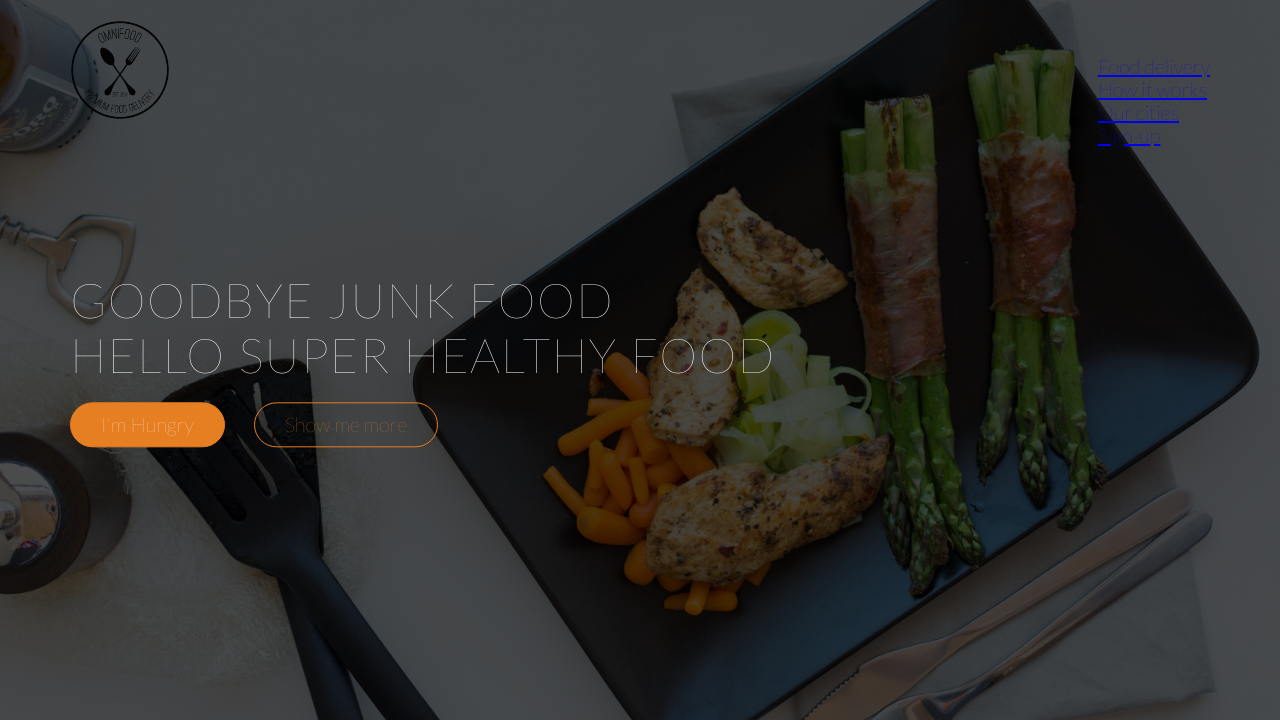
Repository: Priyanshubhartistm/FOODS-PROJECT
Page: index.html
An editor plug-in stored every save of this project. The page is shown before and after a run of saves, followed by the edit.
The browser window is 1280 px wide. The pictures show the whole page.

Above is the page before, as saved 2023-02-15 16:07:47.

### index.html
<!DOCTYPE html>
<html>

<head>
    <title>My food project</title>
    <!-- Linking Normalize CSS file to html document to makes browsers render all elements more consistently and in line with modern standards. -->
    <link rel="stylesheet" href="vendors/css/normalize.css">
    <link rel="stylesheet" href="vendors/css/grid.css">
    <!-- Linking Google Fonts here -->
    <link rel="preconnect" href="https://fonts.googleapis.com">
    <link rel="preconnect" href="https://fonts.gstatic.com" crossorigin>
    <link href="https://fonts.googleapis.com/css2?family=Lato:wght@100;700&display=swap" rel="stylesheet">
    <!-- Linking Style sheet to html document -->
    <link rel="stylesheet" href="resources/css/style.css">

</head>

<body>
    <header>

        <nav>
            <div class="row">
                <img class="logo" src="resources/img/logo.png" alt="log-img">
                <ul class="main-nav">
                    <li><a href="#">Food delivery</a></li>
                    <li><a href="#">How it works</a></li>
                    <li><a href="#">Our cities</a></li>
                    <li><a href="#">Sign-up</a></li>

                </ul>
            </div>

        </nav>

        <div class="hero-text-box">
            <h1>Goodbye Junk food <br> Hello super healthy food</h1>
            <a class="btn btn-full" href="#">I'm Hungry</a>
            <a class="btn btn-ghost" href="#">Show me more</a>
        </div>
    </header>

</body>

</html>

### resources/css/style.css
* {
    margin: 0;
    padding: 0;
    box-sizing: border-box;
}

html {
    background-color: #ffffff;
    color: #555;
    font-family: 'Lato', sans-serif;
    font-weight: 300;
    font-size: 20px;
    text-rendering: optimizeLegibility;
}

.row {
    max-width: 1140px;
    margin: 0 auto;

}

header {
    background-image: linear-gradient(rgba(0, 0, 0, 0.7), rgba(0, 0, 0, 0.7)), url('img/hero.jpg');
    height: 100vh;
    background-size: cover;
    background-position: center;
}

h1 {
    margin-top: 0px;
    margin-bottom: 20px;
    color: white;
    font-size: 240%;
    font-weight: 300;
    text-transform: uppercase;
    letter-spacing: 1px;
    word-spacing: 3px;
}

.hero-text-box {
    position: absolute;
    width: 1140px;
    top: 50%;
    left: 50%;
    transform: translate(-50%, -50%);
}

.btn:link,
.btn:visited {
    display: inline-block;
    padding: 10px 30px;
    text-decoration: none;
    font-weight: 300;
    border-radius: 200px;
    transition: background-color 0.2s, border 0.2s, color 0.2s;

}

.btn-full:link,
.btn-full:visited {
    background-color: #e67e22;
    color: #fff;
    border: 1px solid #e67e22;
    margin-right: 25px;
}

.btn-ghost:visited,
.btn-ghost:link {
    border: 1px solid #e67e22;
    color: #e67e22;
}

.btn:hover,
.btn:active {
    background-color: #cf6d17;
}

.btn-ghost:hover,
.btn-ghost:active {
    border: 1px solid #cf6d17;
    color: #fff;

}

.btn-full:hover,
.btn-full:active {
    border: 1px solid #cf6d17;
}

.logo {
    height: 100px;
    width: auto;
    float: left;
    margin-top: 20px;
}

.main-nav {
    float: right;
    list-style-type: none;
    margin-top: 55px;
}
.main-nav{
    display: inline-block;
    margin-left: 40px;

}

Loaded but not shown: vendors/css/normalize.css (library); vendors/css/grid.css (library)

After the next 3 saves:
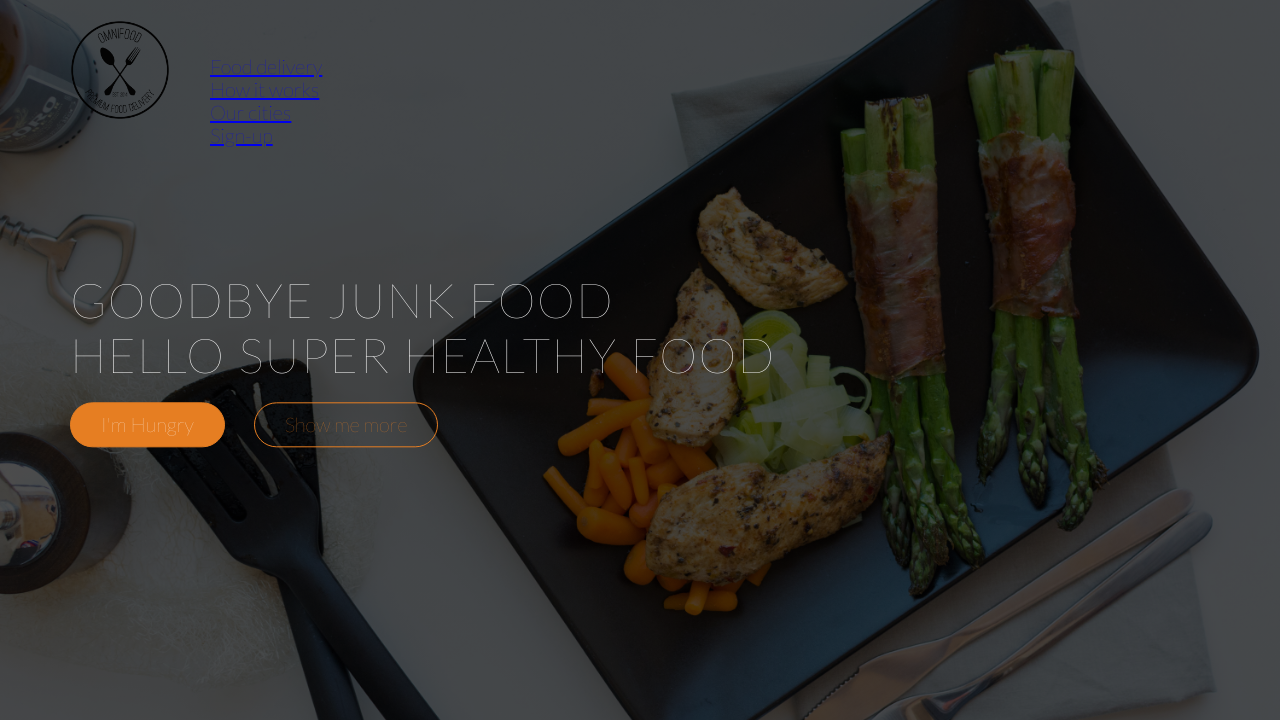
The 3 saves are shown as one change because they came seconds apart.
The last was saved 34 s later.
--- a/resources/css/style.css
+++ b/resources/css/style.css
@@ -102,5 +102,5 @@ h1 {
 .main-nav{
     display: inline-block;
     margin-left: 40px;
-
+    float: inline-start;
 }
